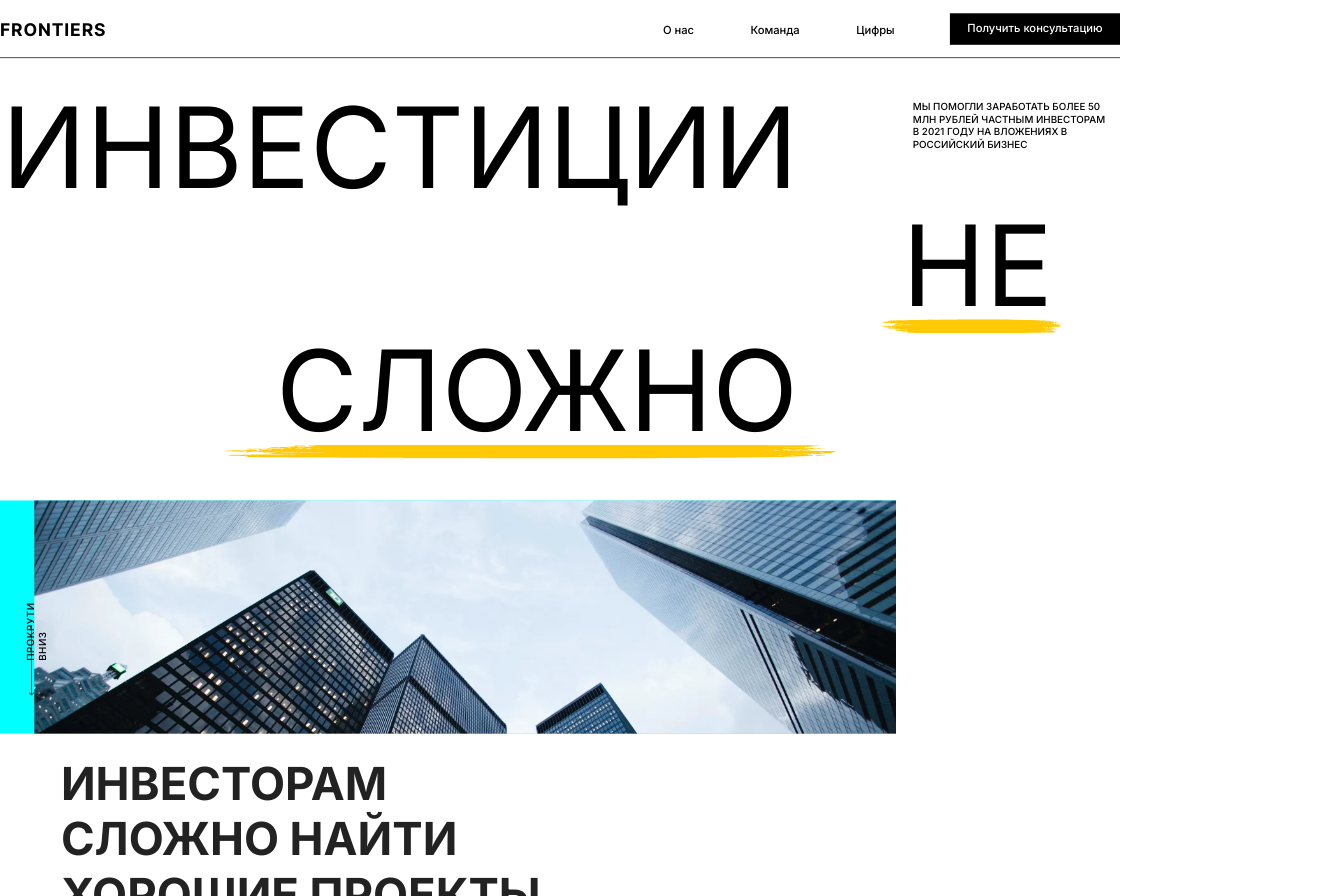
Repository: NadyaKorvin/frontiers
Page: /
An editor plug-in stored every save of this project. The page is shown before and after the next save, followed by the edit.
The browser window is 1280 px wide. The page is 1920 px wide, so the pictures cover 1920 px, including what lies to the right of the window. The pictures show the part of the page from y = 0 to 1280 px (the page is 2633 px tall), at 70% of full size.
The project was rebuilt for these pictures with package versions that can differ from the ones it lists, and the page was loaded fresh each time.

Above is the page before, as saved 2022-05-26 18:07:39.

### public/index.html
<!DOCTYPE html>
<html lang="en">
  <head>
    <meta charset="utf-8" />
    <link rel="icon" href="%PUBLIC_URL%/favicon.ico" />
    <meta name="viewport" content="width=device-width, initial-scale=1" />
    <meta name="theme-color" content="#000000" />
    <meta name="description" content="Web site created using create-react-app" />
    <link rel="apple-touch-icon" href="%PUBLIC_URL%/logo192.png" />
    <link rel="manifest" href="%PUBLIC_URL%/manifest.json" />
    <link rel="preconnect" href="https://fonts.googleapis.com" />
    <link rel="preconnect" href="https://fonts.gstatic.com" crossorigin />
    <link href="https://fonts.googleapis.com/css2?family=Inter:wght@300;400;500;700&display=swap" rel="stylesheet" />
    <title>FRONTIERS</title>
  </head>
  <body>
    <noscript>You need to enable JavaScript to run this app.</noscript>
    <div id="root"></div>
  </body>
</html>

### src/index.js
import React from "react"
import ReactDOM from "react-dom/client"

import App from "./App"

const root = ReactDOM.createRoot(document.getElementById("root"))
root.render(
  <React.StrictMode>
    <App />
  </React.StrictMode>
)

### src/App.js
import { useState } from "react";
import "./App.css";
import { SecondScreenAnimation } from "./components/secondScreen/SecondScreenAnimation";
import FirstScreen from "./components/firstScreen/FirstScreen";
import LastScreen from "./components/lastScreen/LastScreen";

function App() {
  const [mousePosition, setMousePosition] = useState("");

  const listenUpperMousePosition = (event) => {
    console.log(event);
    console.log(event.target);
    setMousePosition(event.target);
  };

  return (
    <>
      <FirstScreen />
      <div className="App">
        <SecondScreenAnimation listenMousePosition={listenUpperMousePosition} />
      </div>
      <LastScreen />
    </>
  );
}
export default App;

### src/App.css
@import url("./reset.css");
@import url("./components/secondScreen/SecondScreen.css");
@import url("./font/font.css");
@import url("./components/firstScreen/FirstScreen.css");
@import url("./components/lastScreen/LastScreen.css");
@import url("./components/button/Button.css");
@import url("./components/form/Form.css");

body {
  font-family: "Inter";
}

### src/components/secondScreen/SecondScreenAnimation.js
export function SecondScreenAnimation({ listenMousePosition, mousePosition }) {
  let goUp = ""
  const goUpBlackLines = (mousePosition) => {
    if (mousePosition === "animation__text_first_part") {
      goUp = "up"
      return goUp
    }
  }
  goUpBlackLines(mousePosition)
  console.log(goUp)
  return (
    <div className="animation__text_block">
      {goUp != "up" ? (
        <div>
          <div className="animation__text" onMouseOver={listenMousePosition}>
            <p className="animation__text_first_part">Инвесторам сложно найти хорошие проекты,</p>
            <p className="animation__text_second_part">а хорошим проектам — инвестиции.</p>
          </div>
          <div className="animation__black_lines">
            <div className="animation__1th_black_line"></div>
            <div className="animation__2th_black_line"></div>
            <div className="animation__3th_black_line"></div>
          </div>
        </div>
      ) : (
        <div>
          <div className="animation__text" onMouseOver={listenMousePosition}>
            <p className="animation__text_first_part" style={{ color: "#fff" }}>
              Инвесторам сложно найти хорошие проекты,
            </p>
            <p className="animation__text_second_part" style={{ color: "#000" }}>
              а хорошим проектам — инвестиции.
            </p>
          </div>
          <div className="animation__black_lines">
            <div className="animation__1th_black_line" style={{ width: "484px", marginTop: "-475px" }}></div>
            <div className="animation__2th_black_line" style={{ width: "586px" }}></div>
            <div className="animation__3th_black_line" style={{ width: "722px" }}></div>
          </div>
        </div>
      )}
    </div>
  )
}

### src/components/lastScreen/LastScreen.js
import React from "react";
import Form from "../form/Form"
import LogoKojo from "./LogoKojo"

export default function LastScreen() {
  return (
    <>
      <section className="lastscreen">
        <div className="lastscreen__wrapper">
          <div className="lastscreen__left_content">
            <p>
              ОТПРАВЬТЕ НАМ ЗАЯВКУ НА КОНСУЛЬТАЦИЮ И МЫ ПОДБЕРЕМ ДЛЯ ВАС
              НАИБОЛЕЕ ПОДХОДЯЩУЮ СТРАТЕГИЮ
            </p>
          </div>
          <div className="lastscreen__right_content">
            <div className="lastscreen__text_form">
              <p>ЗАПОЛНИТЕ ФОРМУ И МЫ С ВАМИ СВЯЖЕМСЯ В БЛИЖАЙШЕЕ ВРЕМЯ</p>
            </div>
            <Form />
          </div>
        </div>
        <footer className="lastscreen__footer">
          <div className="lastscreen__contact">
            <p>КОНТАКТЫ</p>
            <p>Санкт-Петербург, Невский пр-кт, 71 (5 этаж)</p>
            <p>+7 000 987 6543</p>
            <p><a href="mailto:info@frontiers.ru" >info@frontiers.ru</a></p>
          </div>
          <div className="lastscreen__design">
            <p>Дизайн и разработка</p>
            <LogoKojo />
          </div>
          <div className="lastscreen__frontiers">
            <p>FRONTIERS</p>
            <p>Политика конфиденциальности</p>
            <p>© 2022 Frontiers Group</p>
          </div>
        </footer>
      </section>
    </>
  );
}

### src/reset.css
html,
body,
div,
span,
applet,
object,
iframe,
h1,
h2,
h3,
h4,
h5,
h6,
p,
blockquote,
pre,
a,
abbr,
acronym,
address,
big,
cite,
code,
del,
dfn,
em,
img,
ins,
kbd,
q,
s,
samp,
small,
strike,
strong,
sub,
sup,
tt,
var,
b,
u,
i,
center,
dl,
dt,
dd,
ol,
ul,
li,
fieldset,
form,
label,
legend,
table,
caption,
tbody,
tfoot,
thead,
tr,
th,
td,
article,
aside,
canvas,
details,
embed,
figure,
figcaption,
footer,
header,
hgroup,
menu,
nav,
output,
ruby,
section,
summary,
time,
mark,
audio,
video {
  margin: 0;
  padding: 0;
  border: 0;
  font-size: 100%;
  font: inherit;
  vertical-align: baseline;
}

:focus {
  outline: 0;
}

article,
aside,
details,
figcaption,
figure,
footer,
header,
hgroup,
menu,
nav,
section {
  display: block;
}

body {
  line-height: 1;
}

ol,
ul {
  list-style: none;
}

blockquote,
q {
  quotes: none;
}

blockquote:before,
blockquote:after,
q:before,
q:after {
  content: "";
  content: none;
}

table {
  border-collapse: collapse;
  border-spacing: 0;
}

input[type="search"]::-webkit-search-cancel-button,
input[type="search"]::-webkit-search-decoration,
input[type="search"]::-webkit-search-results-button,
input[type="search"]::-webkit-search-results-decoration {
  -webkit-appearance: none;
  -moz-appearance: none;
}

input[type="search"] {
  -webkit-appearance: none;
  -moz-appearance: none;
  -webkit-box-sizing: content-box;
  -moz-box-sizing: content-box;
  box-sizing: content-box;
}

textarea {
  overflow: auto;
  vertical-align: top;
  resize: vertical;
}

[hidden] {
  display: none;
}

html {
  font-size: 100%; /* 1 */
  -webkit-text-size-adjust: 100%; /* 2 */
  -ms-text-size-adjust: 100%; /* 2 */
}

a:focus {
  outline: thin dotted;
}

a:active,
a:hover {
  outline: 0;
}

img {
  border: 0;
  -ms-interpolation-mode: bicubic;
}

figure {
  margin: 0;
}

form {
  margin: 0;
}

fieldset {
  border: 1px solid #c0c0c0;
  margin: 0 2px;
  padding: 0.35em 0.625em 0.75em;
}

legend {
  border: 0; /* 1 */
  padding: 0;
  white-space: normal; /* 2 */
  *margin-left: -7px; /* 3 */
}

button,
input,
select,
textarea {
  font-size: 100%; /* 1 */
  margin: 0; /* 2 */
  vertical-align: baseline; /* 3 */
  *vertical-align: middle; /* 3 */
}

button,
input {
  line-height: normal;
}

button,
select {
  text-transform: none;
}

button,
html input[type="button"], /* 1 */
input[type="reset"],
input[type="submit"] {
  -webkit-appearance: button; /* 2 */
  cursor: pointer; /* 3 */
  *overflow: visible; /* 4 */
}

button[disabled],
html input[disabled] {
  cursor: default;
}

input[type="checkbox"],
input[type="radio"] {
  box-sizing: border-box; /* 1 */
  padding: 0; /* 2 */
  *height: 13px; /* 3 */
  *width: 13px; /* 3 */
}

input[type="search"] {
  -webkit-appearance: textfield; /* 1 */
  -moz-box-sizing: content-box;
  -webkit-box-sizing: content-box; /* 2 */
  box-sizing: content-box;
}

input[type="search"]::-webkit-search-cancel-button,
input[type="search"]::-webkit-search-decoration {
  -webkit-appearance: none;
}

button::-moz-focus-inner,
input::-moz-focus-inner {
  border: 0;
  padding: 0;
}

textarea {
  overflow: auto; /* 1 */
  vertical-align: top; /* 2 */
}

table {
  border-collapse: collapse;
  border-spacing: 0;
}

html,
button,
input,
select,
textarea {
  color: #222;
}

::-moz-selection {
  background: #b3d4fc;
  text-shadow: none;
}

::selection {
  background: #b3d4fc;
  text-shadow: none;
}

img {
  vertical-align: middle;
}

fieldset {
  border: 0;
  margin: 0;
  padding: 0;
}

textarea {
  resize: vertical;
}

.chromeframe {
  margin: 0.2em 0;
  background: #ccc;
  color: #000;
  padding: 0.2em 0;
}

### src/components/secondScreen/SecondScreen.css
.second__screen {
  display: flex;
  justify-content: space-between;
  margin: 0 auto;
  margin-top: 174px;
  /* придкмать решение сделать по центру*/
  display: flex;
  width: 1600px;
  height: 733px;
}

.animation__text_block {
  display: block;
  margin-left: 87px;
}

.animation__text_first_part,
.animation__text_second_part {
  width: 770px;
  text-transform: uppercase;
  font-size: 65px;
  font-weight: 700;
  line-height: 79px;
  transition: 0.6s ease-out;
}

.animation__text_second_part {
  color: #fff;
}

.animation__black_lines {
  margin-left: -10px;
  margin-top: -236px;
}

.animation__1th_black_line {
  margin-bottom: 5px;
  height: 75px;
  width: 444px;
  background-color: #000;
  transition: 0.6s ease-out;
}

.animation__2th_black_line {
  margin-bottom: 5px;
  height: 75px;
  width: 475px;
  background-color: #000;
  transition: 0.6s ease-out;
}
.animation__3th_black_line {
  height: 75px;
  width: 502px;
  background-color: #000;
  transition: 0.6s ease-out;
}

.right__part {
  display: flex;
  margin-left: 190px;
  flex-direction: column;
}

.conversation__image {
  margin-right: 222px;
  display: block;
  width: 400px;
  height: 400px;
  background: url("../secondScreen/people.png");
}

.decoration_marks {
  margin-top: -110px;
  transform: rotate(-180deg);
  font-size: 200px;
  font-weight: 300;
}

.text_paragraph {
  margin-left: 90px;
  width: 431px;
  font-size: 18px;
  font-weight: 400;
  line-height: 23px;
  text-transform: uppercase;
  line-height: 130%;
}

### src/font/font.css
@font-face {
  font-family: "Inter";
  src:
    url("./Inter-Bold.ttf") format("truetype")
    url("./Inter-Bold.woff2") format("woff2"),
    url("./Inter-Bold.woff") format("woff");
  font-weight: 700;
  font-style: normal;
  font-stretch: normal;
  unicode-range: U+0020-E0D0;
}

@font-face {
  font-family: "Inter";
  src:
    url("./Inter-Regular.woff2") format("woff2"),
    url("./Inter-Regular.ttf") format("truetype")
    url("./Inter-Regular.woff") format("woff");
  font-weight: 400;
  font-style: normal;
  font-stretch: normal;
  unicode-range: U+0020-E0D0;
}

@font-face {
    font-family:'Inter Medium';
    src:
        url("./Inter-Medium.ttf") format("truetype")
        url('Inter-Medium.woff2') format('woff2'),
		url('Inter-Medium.woff') format('woff');
    font-weight: 500;
    font-style: normal;
    font-stretch: normal;
    unicode-range: U+0020-E0D0;
}

@font-face {
    font-family:'Inter Light';
    src:
        url("./Inter-Light.ttf") format("truetype")
        url('Inter-Light.woff2') format('woff2'),
		url('Inter-Light.woff') format('woff');
    font-weight: 300;
    font-style: normal;
    font-stretch: normal;
    unicode-range: U+0020-E0D0;
}

### src/components/firstScreen/FirstScreen.css
.firstscreen {
  height: 1080px;
}

.firstscreen__header {
  width: 1600px;
  height: 82px;
  margin: 0 auto;
  border-bottom: 1px solid #000000;
  display: flex;
  justify-content: space-between;
}

.firstscreen__logotype {
  width: 151px;
  height: 30px;
  padding-top: 27px;
  font-family: "Inter";
  font-style: normal;
  font-weight: 700;
  font-size: 25px;
  line-height: 30px;
  letter-spacing: 0.05em;
  color: #000000;
}

.firstscreen__menu {
  width: 653px;
  display: flex;
  justify-content: space-between;
}

.firstscreen__nav {
  margin-top: 33px;
  width: 331px;
}

.firstscreen__nav_team {
  display: flex;
  justify-content: space-between;
  font-family: "Inter";
  font-style: normal;
  font-weight: 500;
  font-size: 16px;
  line-height: 19px;
  color: #000000;
}

.firstscreen__button {
  margin-top: 19px;
  width: 243px;
  height: 45px;
  background: #000000;
}

.firstscreen__text_btn {
  padding-top: 12px;
  padding-bottom: 12px;
  font-family: "Inter";
  font-style: normal;
  font-weight: 500;
  font-size: 16px;
  line-height: 19px;
  text-align: center;
  color: #ffffff;
}

.firstscreen__content {
  margin: 0 auto;
  width: 1600px;
  margin-top: 30px;
  display: flex;
}

.firstscreen__content_left_text {
  width: 1140px;
  height: 542px;
  display: flex;
  flex-direction: column;
  justify-content: space-between;
  text-align: end;
  font-family: "Inter";
  font-style: normal;
  font-weight: 400;
  font-size: 160px;
  line-height: 194px;
  text-transform: uppercase;
  color: #000000;
}

.firstscreen__content_vector_complex {
  margin-top: -20px;
  margin-left: 320px;
  width: 874px;
  height: 20px;
  background: url("./complex.svg");
}

.firstscreen__content_rihgt_text {
  margin-top: 30px;
  margin-left: 164px;
  width: 279px;
  height: 332px;
}

.firstscreen__content_rihgt_text_up {
  font-family: "Inter";
  font-style: normal;
  font-weight: 500;
  font-size: 14px;
  line-height: 130%;
  text-transform: uppercase;
  color: #000000;
}

.firstscreen__content_rihgt_text_down {
  margin-top: 66px;
  margin-left: -15px;
  width: 215px;
  height: 194px;
  font-family: "Inter";
  font-style: normal;
  font-weight: 400;
  font-size: 160px;
  line-height: 194px;
  text-transform: uppercase;
  color: #000000;
}

.firstscreen__content_vector_not {
  margin-top: -20px;
  margin-left: -30px;
  width: 256px;
  height: 20px;
  background: url(./not.svg);
}

.firstscreen__content_bottom_content {
  margin: 0 auto;
  margin-top: 60px;
  max-width: 1920px;
  display: flex;
  justify-content: space-between;
  background-color: aqua;
}

.firstscreen__content_bottom_content_left {
  display: flex;
}

.firstscreen__content_bottom_content_left_scrolldown {
  margin-left: 139px;
  wi
  font-family: "Inter";
  font-style: normal;
  font-weight: 500;
  font-size: 14px;
  line-height: 17px;
  letter-spacing: 0.05em;
  color: #000000;
  transform: rotate(-90deg);
}

.firstscreen__content_pointer {
  margin-top: 178px;
  margin-left: -223px;
}

.firstscreen__content_bottom_content_right {
}

.firstscreen__img {
  max-width: 100%;
}

### src/components/lastScreen/LastScreen.css
.lastscreen {
  width: 1920px;
  height: 1080px;
}

.lastscreen__wrapper {
  position: relative;
  top: 109px;
  left: 170px;
  display: flex;
  justify-content: space-between;
  width: 1590px;
  height: 553px;
}

.lastscreen__left_content {
  position: relative;
  width: 775px;
  height: 553px;
  box-sizing: border-box;
  font-family: "Inter";
  font-style: normal;
  font-weight: 700;
  font-size: 65px;
  line-height: 79px;
  text-transform: uppercase;
  color: #000000;
}

.lastscreen__right_content {
  position: relative;
  width: 529px;
  height: 553px;
}

.lastscreen__text_form {
  width: 529px;
  height: 46px;
  left: 1231px;
  top: 4438px;
  font-family: "Inter";
  font-style: normal;
  font-weight: 400;
  font-size: 18px;
  line-height: 130%;
  text-transform: uppercase;
  color: #000000;
}

.lastscreen__footer {
  position: relative;
  margin: 308px 160px 0;
  width: 1600px;
  border-top: 1px solid #000000;
  bottom: 0px;
  display: flex;
  justify-content: space-between;
}

.lastscreen__contact {
  width: 357px;
}

.lastscreen__contact > p:nth-child(1) {
  padding: 33px 0 20px;
  font-family: "Inter";
  font-style: normal;
  font-weight: 700;
  font-size: 25px;
  line-height: 30px;
  color: #000000;
}

.contact > p:nth-child(2),
.contact > p:nth-child(3),
.contact > p:nth-child(4) {
  padding-bottom: 15px;
}

.design {
  padding-top: 150px;
  width: 260px;
  display: flex;
  margin-left: -80px;
  justify-content: space-between;
}

.frontiers {
  width: 250px;
  text-align: end;
}

.lastscreen__frontiers > p:nth-child(1) {
    padding: 30px 0 57px;
    font-family: "Inter";
    font-style: normal;
    font-weight: 700;
    font-size: 25px;
    line-height: 30px;
    color: #000000;
  }

.lastscreen__frontiers > p:nth-child(2),
.lastscreen__frontiers > p:nth-child(3) {
    padding-bottom: 15px;
}

a {
    text-decoration: none;
    color: #000000;
}

### src/components/button/Button.css
.form__button {
  position: relative;
  display: block;
  width: 243px;
  height: 55px;
  font-family: "Inter";
  font-size: 16px;
  background-color: #000000;
  border: 0;
  text-align: center;
  cursor: pointer;
  font-family: "Inter";
  font-style: normal;
  font-weight: 500;
  font-size: 16px;
  line-height: 19px;
  color: #ffffff;
}

### src/components/form/Form.css
.form {
  margin-top: 60px;
  width: 529px;
  height: 355px;
  border-top: 1px solid #d1d1d1;
}

.form__input,
.form__textarea {
  width: 529px;
  height: 80px;
  border: 0;
  outline: none;
  font-size: 18px;
  color: #000000;
  text-transform: uppercase;
}

.form__textarea {
  height: 80px;
  line-height: 80px;
  overflow: hidden;
  /* resize: none; */
}

.form__borders {
  border-bottom: 1px solid #d1d1d1;
}

.form__consent {
  display: -webkit-box;
  display: -ms-flexbox;
  display: flex;
  margin: 30px 0 0;
}

.form__policy_text {
  margin-top: 15px;
  margin-left: 15px;
  width: 250px;
  height: 40px;
  box-sizing: border-box;
  font-family: "Inter";
  font-style: normal;
  font-weight: 400;
  font-size: 13px;
  line-height: 150%;
  color: #787878;
}

.form__checkbox {
  opacity: 0;
  width: 0;
}

.form__checkfake {
  margin: 15px 0;
  display: block;
  width: 15px;
  height: 15px;
  border: 1px solid #1f1f1f;
  cursor: pointer;
}

.form__checkfake::before {
  content: "";
  position: absolute;
  display: block;
  width: 14px;
  height: 14px;
  background: url("./checkmark.svg");
  opacity: 0;
}

.form__checkbox:checked + .form__checkfake::before {
  opacity: 1;
}

.form__focus {
  text-transform: uppercase;
  color: #ff0000;
  margin-bottom: 10px;
  font-size: 13px;
}

.form__focus_consent {
  position: relative;
  top: 10px;
  text-transform: uppercase;
  color: #ff0000;
  font-size: 13px;
}

.form__btn {
    margin-top: 14px;
  position: relative;
  overflow: hidden;
}

### src/components/button/Button.js
import React from "react";

export default function Button({ title }) {
  return (
    <>
      <button className="form__button" >
        {title}
      </button>
    </>
  );
}

Loaded but not shown: src/components/lastScreen/LogoKojo.js (76 lines, source omitted); src/components/form/Form.js (142 lines, source omitted); src/components/firstScreen/FirstScreen.js (73 lines, source omitted)

After the next save:
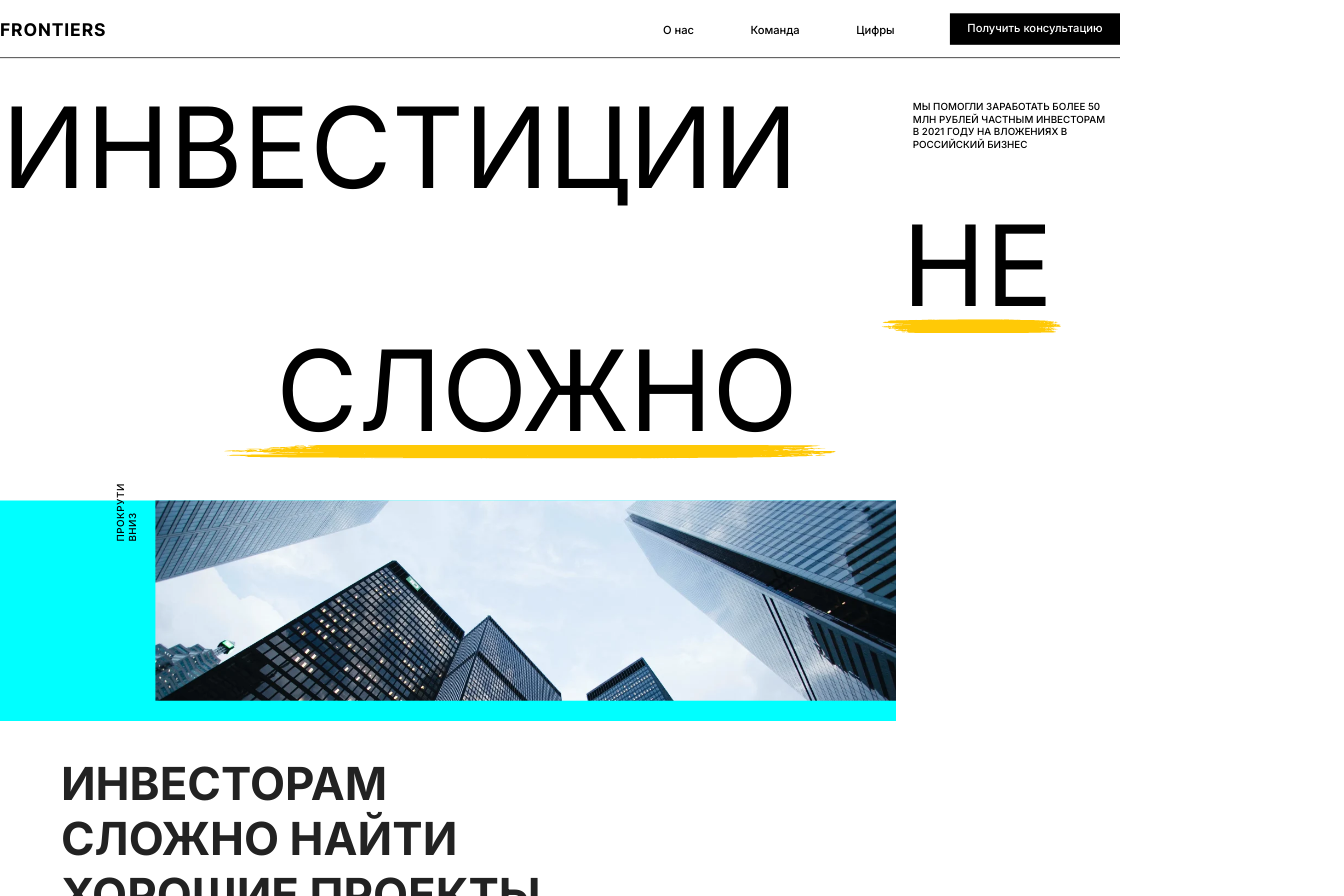
Saved 21 s later.
--- a/src/components/firstScreen/FirstScreen.css
+++ b/src/components/firstScreen/FirstScreen.css
@@ -145,12 +145,12 @@
 }
 
 .firstscreen__content_bottom_content_left {
+  wi
   display: flex;
 }
 
 .firstscreen__content_bottom_content_left_scrolldown {
   margin-left: 139px;
-  wi
   font-family: "Inter";
   font-style: normal;
   font-weight: 500;

After the save that followed:
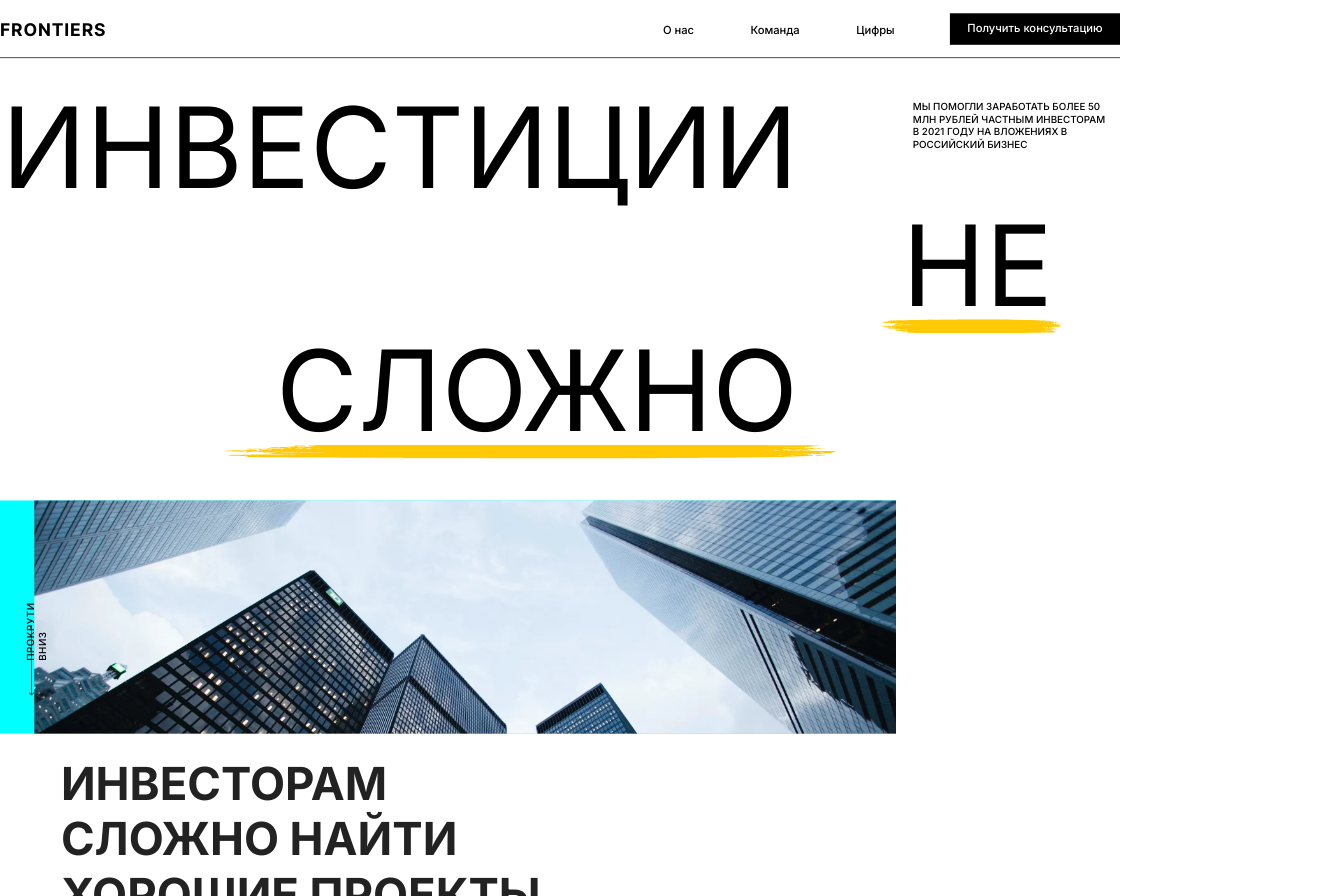
Saved 7 s later.
--- a/src/components/firstScreen/FirstScreen.css
+++ b/src/components/firstScreen/FirstScreen.css
@@ -145,7 +145,7 @@
 }
 
 .firstscreen__content_bottom_content_left {
-  wi
+  width: ;
   display: flex;
 }
 
